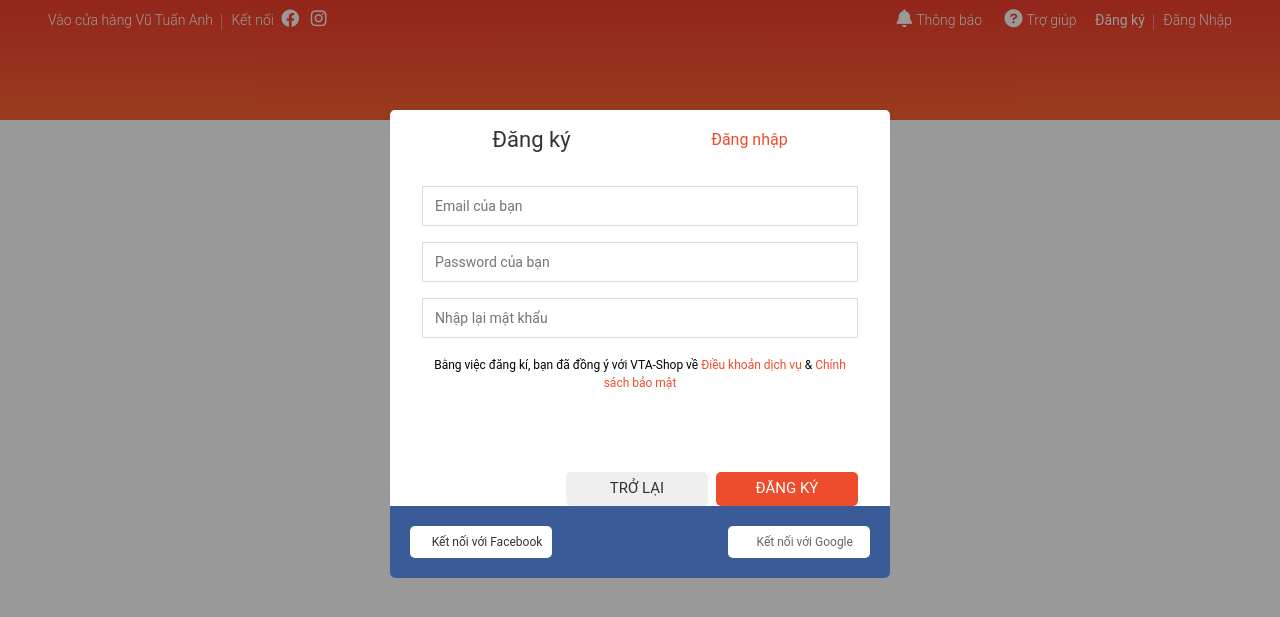
Repository: VuTuanAnh0949/Shopee
Page: index.html
An editor plug-in stored every save of this project. The page is shown before and after the next save, followed by the edit.
The browser window is 1280 px wide. The pictures show the whole page.

Above is the page before, as saved 2022-02-16 13:51:28.

### index.html
<!DOCTYPE html>
<html lang="en">

<head>
    <meta charset="UTF-8" />
    <meta http-equiv="X-UA-Compatible" content="IE=edge" />
    <meta name="viewport" content="width=device-width, initial-scale=1.0" />
    <title>Shopee</title>
    <link rel="stylesheet" href="https://cdnjs.cloudflare.com/ajax/libs/normalize/8.0.1/normalize.min.css" />
    <link rel="stylesheet" href="./assets/css/base.css" />
    <link rel="stylesheet" href="./assets/css/main.css" />
    <link rel="stylesheet" href="./assets/fonts/fontawesome-free-6.0.0-web/css/all.min.css">
    <link rel="stylesheet" href="https://fonts.googleapis.com/css?family-Roboto:300, 400, 500,78
0&display=swap&subset=vietnamese" rel="stylesheet" />

</head>

<body>
    <!-- Block Element Modifier -->
    <div class="app">
        <header class="header">
            <div class="grid">
                <nav class="header__navbar">
                    <ul class="header__navbar-list">
                        <li class="header__navbar-item header__navbar-item--has-qr header__navbar-item--separate">Vào cửa hàng Vũ Tuấn Anh
                            <div class="header__qr">
                                <img src="./assets/img/QR_code.png" alt="QR Code" class="header__qr-img">
                                <div class="header__qr-apps">
                                    <a href="" class="header__qr-link"><img src="./assets/img/Google_Play.png" alt="Google Play" class="header__qr-dowload-img">
                                    </a>
                                    <img src="./assets/img/App_store.png" alt="App Store" class="header__qr-dowload-img">
                                </div>
                            </div>
                        </li>
                        <li class="header__navbar-item">
                            <span class="header__navbar-title--no-pointer">Kết nối</span>
                            <a href="" class="header__navbar-icon-link"><i class="header__navbar-icon fa-brands fa-facebook"></i></a>
                            <a href="" class="header__navbar-icon-link"><i class="header__navbar-icon fa-brands fa-instagram"></i></a>
                        </li>
                    </ul>

                    <ul class="header__navbar-list">
                        <li class="header__navbar-item header__navbar-item--has-notification">
                            <a href="" class="header__navbar-item-link"><i class="header__navbar-icon fa-solid fa-bell"></i>Thông báo</a>
                            <div class="header__notification">
                                <header class="header__notification-header">
                                    <h3>Thông báo mới nhận</h3>
                                </header>
                                <ul class="header__notification-list">
                                    <li class="header__notification-item header__notification-viewed">
                                        <a href="" class="header__notification-link">
                                            <img src="https://cf.shopee.vn/file/a2344384834f0903b232953bf8e1d283_tn" alt="" class="header__notification-img">
                                            <div class="header__notification-info">
                                                <span class="header__notification-name">Bàn Phím cơ chính hãng K400-Đen</span>
                                                <span class="header__notification-descriotion">Bàn phím cơ máy tính gaming K550 Pro full Led 7 chế độ hiệu ứng là mẫu bàn phím phù hợp cho văn phòng và game thủ</span>
                                            </div>
                                        </a>
                                    </li>
                                    <li class="header__notification-item">
                                        <a href="" class="header__notification-link">
                                            <img src="https://cf.shopee.vn/file/fbd0d6cd59ae0c260cbdd8d2bdccbe06_tn" alt="" class="header__notification-img">
                                            <div class="header__notification-info">
                                                <span class="header__notification-name">Bàn phím cơ chính hãng K400-Trắng xanh 1</span>
                                                <span class="header__notification-descriotion">Bàn phím cơ máy tính gaming K550 Pro full Led 7 chế độ hiệu ứng là mẫu bàn phím phù hợp cho văn phòng và game thủ</span>
                                            </div>
                                        </a>
                                    </li>
                                    <li class="header__notification-item ">
                                        <a href="" class="header__notification-link">
                                            <img src="https://cf.shopee.vn/file/26989c24e549299dcfb324055082c553" alt="" class="header__notification-img">
                                            <div class="header__notification-info">
                                                <span class="header__notification-name">Bàn phím cơ chính hãng K400-Trắng xanh 2</span>
                                                <span class="header__notification-descriotion">>Bàn phím cơ máy tính gaming K550 Pro full Led 7 chế độ hiệu ứng là mẫu bàn phím phù hợp cho văn phòng và game thủ</span>
                                            </div>
                                        </a>
                                    </li>
                                </ul>
                                <div class="footer header__notification-footer">
                                    <a href="" class="header__notification-footer-btn">Xem tất cả</a>


                                </div>
                            </div>
                        </li>
                        <li class="header__navbar-item">
                            <a href="" class="header__navbar-item-link"><i class="header__navbar-icon fa-solid fa-circle-question"></i>Trợ giúp</a>
                        </li>
                        <li class="header__navbar-item header__navbar-item--strong header__navbar-item--separate">Đăng ký</li>
                        <li class="header__navbar-item header__navbar-ite--strong"> Đăng Nhập</li>
                    </ul>
                </nav>
            </div>
        </header>
        <div class="container">

        </div>
        <footer class="footer">

        </footer>
    </div>
    <!-- Modal layout -->
    <div class="modal">
        <div class="modal__overlay"></div>

        <div class="modal__body">

            <!-- Authen form -->
            <div class="auth-form">
                <div class="auth-form__container">
                    <div class="auth-form__container"></div>
                    <div class="auth-form__header">
                        <h3 class="auth-form__heading">Đăng ký</h3>
                        <span class="auth-form__switch-btn">Đăng nhập</span>
                    </div>
                    <div class="auth-form__form">
                        <div class="auth-form__group">
                            <input type="text" class="auth-form__input" placeholder="Email của bạn">
                        </div>
                        <div class="auth-form__group">
                            <input type="password" class="auth-form__input" placeholder="Password của bạn">
                        </div>
                        <div class="auth-form__group">
                            <input type="password" class="auth-form__input" placeholder="Nhập lại mật khẩu ">
                        </div>
                    </div>
                    <div class="auth-form__aside">
                        <p class="auth-form__policy-text">
                            Bằng việc đăng kí, bạn đã đồng ý với VTA-Shop về
                            <a href="" class="auth-form__text-link">Điều khoản dịch vụ</a> &
                            <a href="" class="auth-form__text-link">Chính sách bảo mật</a>
                        </p>
                    </div>
                    <div class="auth-form__controls">
                        <button class="btn btn--normal auth-form__controls-back ">TRỞ LẠI</button>
                        <button class="btn btn--primary">ĐĂNG KÝ</button>
                    </div>
                </div>
                <div class="auth-form__socials--facebook">
                    <a href="" class="btn btn--size-s btn--with-icon">
                        <i class="auth-form__socials-icon fa-brands fa-facebook"></i>
                        <span class="auth-form__socials-title">
                            Kết nối với Facebook
                        </span>
                    </a>
                    <a href="" class="auth-form__socials--google btn btn--size-s btn--with-icon">
                        <i class="auth-form__socials-icon fa-brands fa-google"></i>
                        <span class="auth-form__socials-title">
                            Kết nối với Google
                        </span>
                    </a>
                </div>
            </div>
        </div>
    </div>
</body>

</html>

### assets/css/base.css
:root {
  --primary-color:#EE4D2D;
  --white-color: #fff;
  --black-color: #000;
  --text-color: #333;
  --border-color:#dbdbdb;
}
* {
  box-sizing: inherit;
}
html {
  font-size: 62.5%;
  line-height: 1.6rem;
  font-family: "Roboto", sans-serif;
  box-sizing: border-box;
}
.grid {
  width: 1200px;
  max-width: 100%;
  margin: 0 auto;
}
.grid__full-width {
  width: 100%;
}
.grid__row {
  display: flex;
  flex-wrap: wrap;
}
/* Animation */
@keyframes fadeIn{
  from{
    opacity: 0;
  }to{
    opacity: 1;
  }
}
/* Modal */
.modal{
  position: fixed;
  top: 0;
  right: 0;
  bottom: 0;
  left: 0;
  display: flex;
}
.modal__overlay{
  position: absolute;
  width: 100%;
  height: 100%;
  background-color: rgba(0,0,0,0.4);
}
.modal__body{
  width: 500px;
  height: 500px;
  margin: auto;
  position: relative;
  z-index: 1;  /* để cho modal nổi lên */
}
/* Button style */
.btn{
  min-width: 142px;
  height: 34px;
  text-decoration: none;
  border:none ;
  border-radius: 5px;
  font-size: 1.5rem;
  padding:0 12px;
  outline: none;
  cursor: pointer;
  color: var(--text-color);
  align-items: center;
 justify-content: center;
}
.btn.btn--normal:hover{
  background-color: rgba(0,0,0,0.05);
}
.btn.btn--size-s{
  height: 32px;
  font-size: 12px;
  padding:0 8px;
}
/* .. dùng để css 1 element có 2 class */
.btn.btn--primary{
  color: var(--white-color);
  background-color: var(--primary-color);
  }
.btn.btn-disabled{
  color: #949494;
  cursor: default;
  background-color: #c3c3c3;
}

### assets/css/main.css
.header{
height: 120px;
background-image:linear-gradient(0, #fe6433, #f53e2d) ;
}
.header__navbar{
  display: flex;
  justify-content: space-between;
}
.header__navbar-list{
list-style: none;
padding-left: 0;
margin-top: 9px;
}
.header__navbar-item{
  margin: 0 8px;
  position: relative;
  min-height: 26px;
}
.header__navbar-item--has-qr:hover .header__qr{
  display: block;
}
.header__navbar-item--has-notification:hover .header__notification{
  display: block;
}
.header__navbar-item,
.header__navbar-item-link{
  display:inline-block;
  font-size: 1.4rem;
  color:var(--white-color);
  text-decoration: none;
  font-weight: 300;
}
.header__navbar-item,
.header__navbar-item-link,
.header__navbar-icon-link{
/*   display: flex; */
  align-items: center;
}
.header__qr::before{
  position: absolute;
  left: 0;
  top: -16px;
  width: 100%;
  height: 20px;
  content: "";
  display: block;

}
.header__navbar-item:hover,
.header__navbar-icon-link:hover,
.header__navbar-item-link:hover{
  cursor: pointer;
  color: rgba(255,255,255,0.7);
}
.header__navbar-item--strong{
  font-weight: 400;
}
.header__navbar-item--separate::after{
  content: "";
  display: block;
  position: absolute;
border-left: 1px solid #FB9086;
height: 16px;
right: -9px;
top: 37%;
transform: translateY(-50%);
}
.header__navbar-icon-link{
  color: var(--white-color);
  text-decoration: none;
}
.header__navbar-icon{
  font-size: 1.8rem;
  margin: 0 4px;
}
.header__navbar-title--no-pointer{
  cursor: text;
  color: var(--white-color);
  text-decoration: none;
}
/* Header QR code */
.header__qr{
  width: 180px;
background-color: var(--white-color);
position: absolute;
left: 0;
top: 100%;
padding: 8px;
border-radius: 5px;
display: none;
animation: fadeIn ease-in 0.3s;
}
.header__qr-img{
width: 100%;
}
.header__qr-apps{
display: flex;
justify-content: space-between;
}
.header__qr-link:nth-child(1){
  margin-left: 11px;
}
.header__qr-link:nth-child(2){
  margin-right: 15px;
}
.header__qr-dowload-img{
  height: 16px;
}
/* header__notification */
.header__notification{
position: absolute ;
top: 27px;
right: 0;
width: 404px;
background-color: var(--white-color);
border-radius: 5px;
border: 1px solid #D3D3D3;
cursor: default;
transform-origin:90% top;
animation:  headerNotificationGrowth ease-in 0.2s;
will-change: opacity, transform;
display: none;
}
.header__notification::before{
content: "";
border-width:20px 30px ;
border-style: solid;
/* Tạo một lớp giá */
border-color:transparent transparent var(--white-color) transparent;
position: absolute;
right: 6px;
top: -30px;
}
/* Giúp di chuột vào quả chuông cạnh nút thông báo không bị mất list thông báo */
.header__notification::after{
  content: "";
  display: block;
  position: absolute;
  height: 20px;
  width: 90px;
  top: -16px;
  right: 0;
 }
@keyframes headerNotificationGrowth{
  from{
    opacity: 0;
    transform: scale(0);
  }to{
    opacity: 1;
    transform: scale(1);
  }
}
.header__notification-header{
  height: 40px;
  background-color: var(--white-color);
  border-radius: 5px;
}
.header__notification-header h3{
  color: #999;
  margin: 0 0 0 12px;
  width: 400;
  font-size: 1.4rem;
  line-height: 40px;
  user-select: none;  /* không cho coppy */
}
.header__notification-list{
padding-left: 0;
}
.header__notification-item{
display: flex;

}
.header__notification-item:hover{
  background-color: #f7f7f7
}
.header__notification-viewed{
  background-color: rgba(238,75,43,0.08);

}
.header__notification-link{
  display: flex;
  width: 100%;
  padding: 12px;
  text-decoration: none;
}
.header__notification-img{
width: 48px;
object-fit: contain;
}
.header__notification-info{
margin-left: 12px;
}
.header__notification-name{
display: block;
font-size: 1.4rem;
color: var(--text-color);
font-weight: 400px;
line-height: 1.8rem;
}
.header__notification-descriotion{
display: block;
font-size: 1.2rem;
line-height: 1.6rem;
color: #765F6E;
margin-top: 4px;
}
.header__notification-footer{
 display: flex;
}
.header__notification-footer-btn{
  text-decoration: none;
  color:var(--text-color);
  width: 100%;
  padding: 8px 0;
  margin: auto;
  font-size: 1.4rem;
  font-weight: 400;
  text-align: center;
}
/* Authen modal */
.auth-form{
  width: 500px;
    background-color: var(--white-color);
  border-radius: 5px;
  overflow: hidden;
}
.auth-form__container{
  padding: 0 32px;
}
.auth-form__header{
  display: flex;
  align-items: center;
  justify-content: space-around;
}
.auth-form__heading{
  font-size: 2.2rem;
  font-weight:400;
  color: var(--text-color);
}
.auth-form__switch-btn{
  font-size: 1.6rem;
  font-weight:400;
  color: var(--primary-color);
  cursor: pointer;
}
.auth-form__form{
}
.auth-form__input{
  width: 100%;
  height: 40px;
  margin-top: 16px;
  padding: 0 12px;
  font-size: 1.4rem;
  border: 1px solid var(--border-color);
  outline: none;
}
/*Dí chuột vào ô input => ô input nháy chuột  */
.auth-form__input:focus{
border-color: #777;
}
.auth-form__aside{
  margin-top: 18px;
}
.auth-form__policy-text{
  font-size: 1.2rem;
  line-height: 1.8rem;
  text-align: center;
  padding: 0 3px;
}
.auth-form__text-link{
  color: var(--primary-color);
  text-decoration: none;
}
.auth-form__controls{
  margin-top: 80px;
  display: flex;
  justify-content: flex-end;
}
.auth-form__controls-back{
  margin-right: 8px;
}
.auth-form__socials{
 background-color: #F5F5F5;
 padding: 16px 36px;
 display: flex;
 justify-content: space-between;
 margin-top: 20px;
}
.auth-form__socials--facebook{
  color: var(--white-color);
  background-color:#3A5A98 ;
  display: flex;
  justify-content: space-between;
}
.auth-form__socials--facebook,
.auth-form__socials-icon{
color: var(--white-color);
}
.auth-form__socials-title{
  margin-top: 0 36px;
}
.auth-form__socials--google{
  color: #666;
  background-color: var(--white-color);
}
.btn--with-icon{
  display: flex;
}
.btn.btn--size-s {
  background-color: white;
margin: 20px;
}

Loaded but not shown: assets/fonts/fontawesome-free-6.0.0-web/css/all.min.css (library)

After the next save:
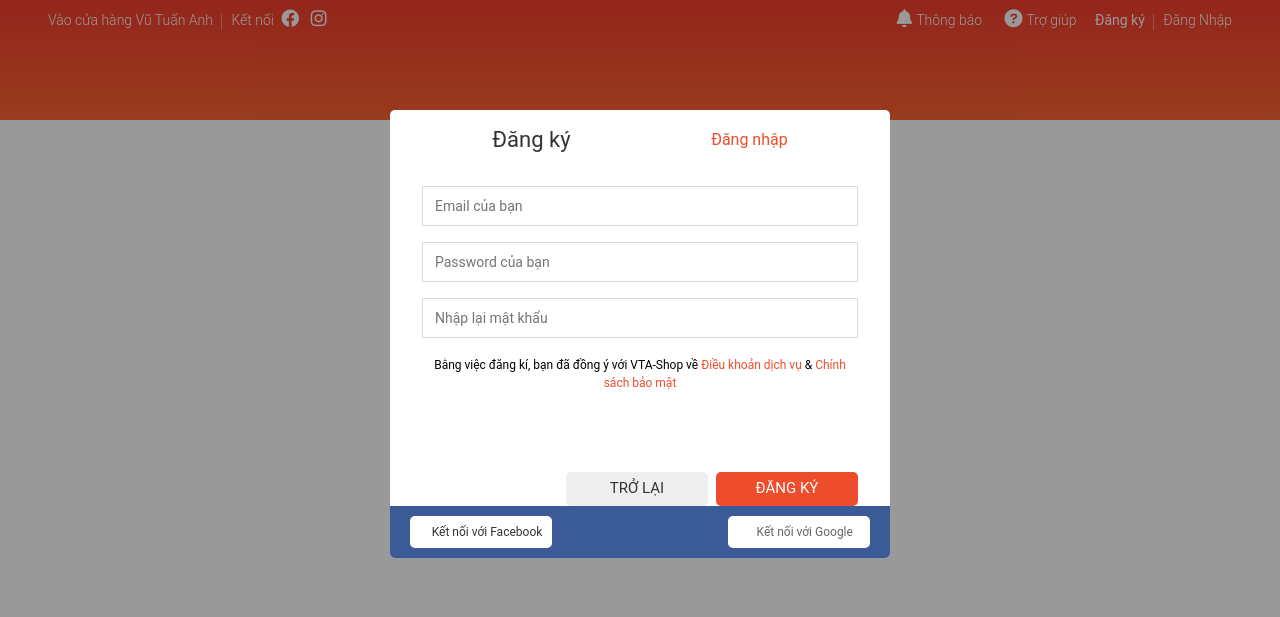
Saved 65 s later.
--- a/assets/css/main.css
+++ b/assets/css/main.css
@@ -308,5 +308,6 @@ color: var(--white-color);
 }
 .btn.btn--size-s {
   background-color: white;
-margin: 20px;
-}
+margin:10px 20px;
+
+}
